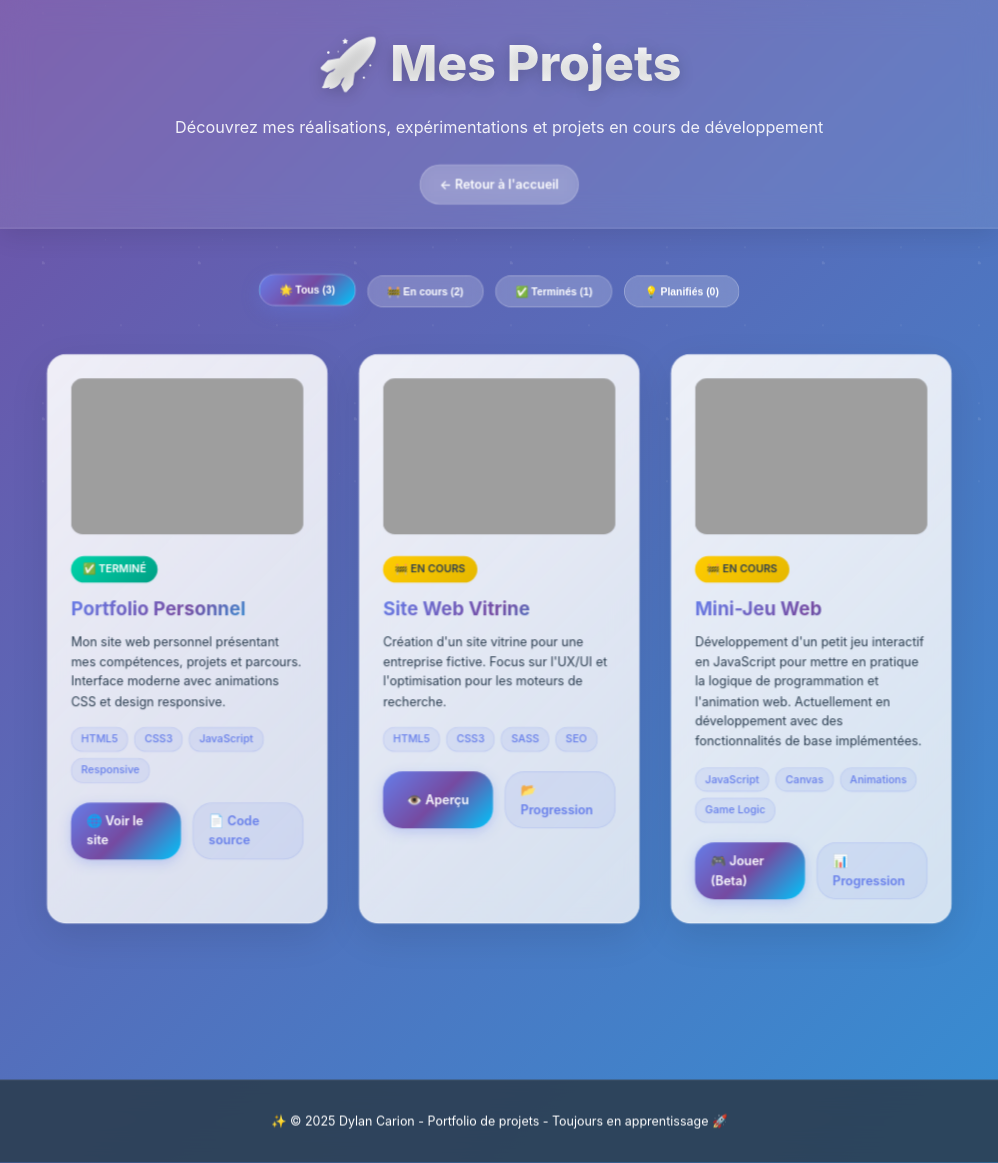
Repository: gato2fraises/Portfolio
Page: projet.html
The author's editor kept a copy of each file at every save. The page is drawn from the files as they stood at one save, then again after the next save.
The browser window is 1280 px wide. The pictures show the whole page, at 78% of full size.
Pictures or frames that could not be fetched are drawn as grey boxes.

Above is the page before, as saved 2025-09-10 14:23:51.

After the next save:
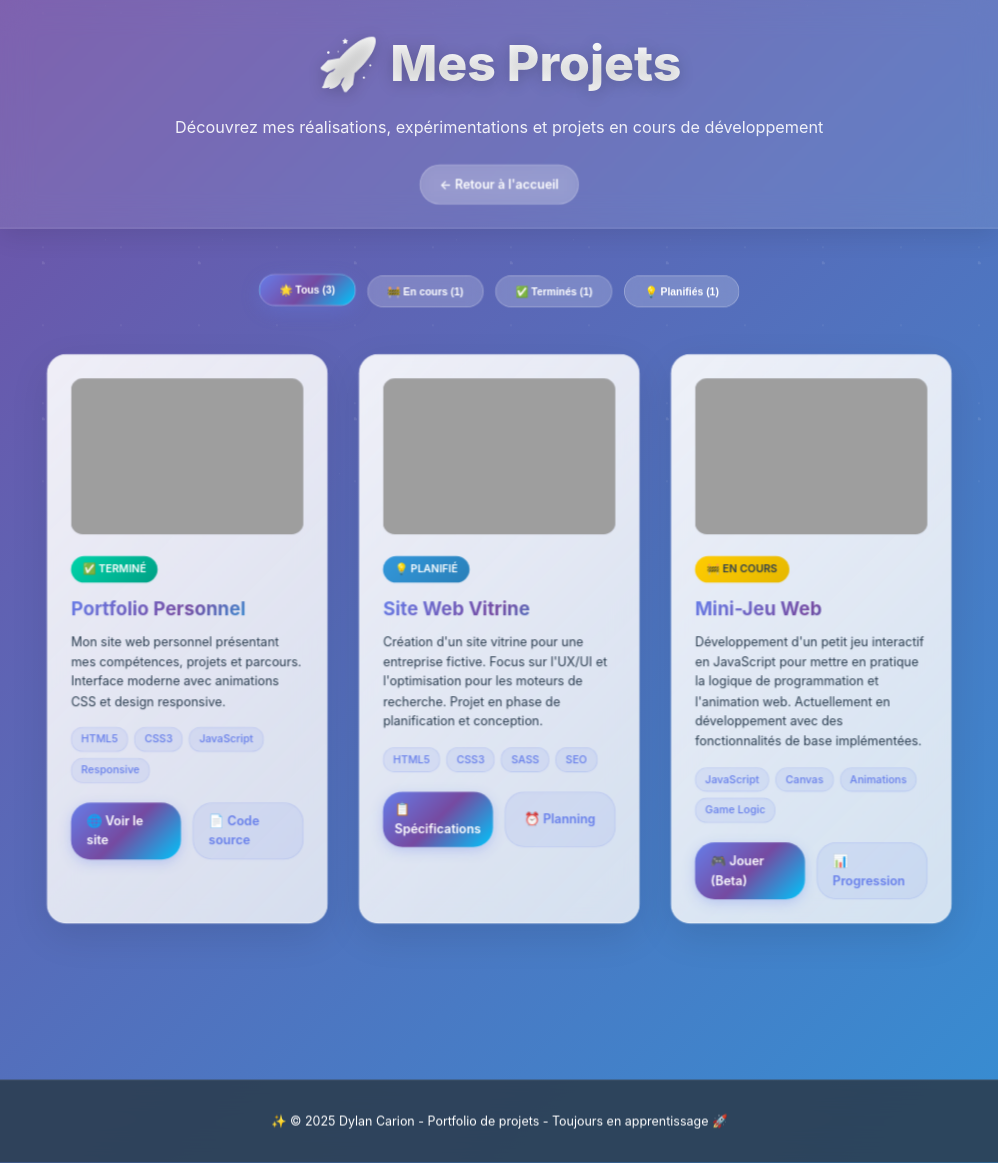
Saved 71 s later.
--- a/projet.html
+++ b/projet.html
@@ -559,13 +559,14 @@
             </article>
 
             <!-- Projet 2 - Site Web Statique -->
-            <article class="project-card" data-category="progress">
+            <article class="project-card" data-category="planned">
                 <img src="images/website.jpg" alt="Site Web Statique" class="project-image" loading="lazy">
-                <span class="project-status status-progress">🚧 En cours</span>
+                <span class="project-status status-planned">💡 Planifié</span>
                 <h3 class="project-title">Site Web Vitrine</h3>
                 <p class="project-description">
                     Création d'un site vitrine pour une entreprise fictive.
                     Focus sur l'UX/UI et l'optimisation pour les moteurs de recherche.
+                    Projet en phase de planification et conception.
                 </p>
                 <div class="project-tech">
                     <span class="tech-tag">HTML5</span>
@@ -575,16 +576,10 @@
                 </div>
                 <div class="project-links">
                     <a href="#" class="project-link link-primary">
-                        👁️ Aperçu
+                        📋 Spécifications
                     </a>
-                    <a href="#" class="project-link link-secondary progress-link">
-                        <span class="progress-text">📂 Progression</span>
-                        <div class="progress-bar-container">
-                            <div class="progress-bar">
-                                <div class="progress-fill"></div>
-                            </div>
-                            <span class="progress-percentage">85%</span>
-                        </div>
+                    <a href="#" class="project-link link-secondary">
+                        ⏰ Planning
                     </a>
                 </div>
             </article>
